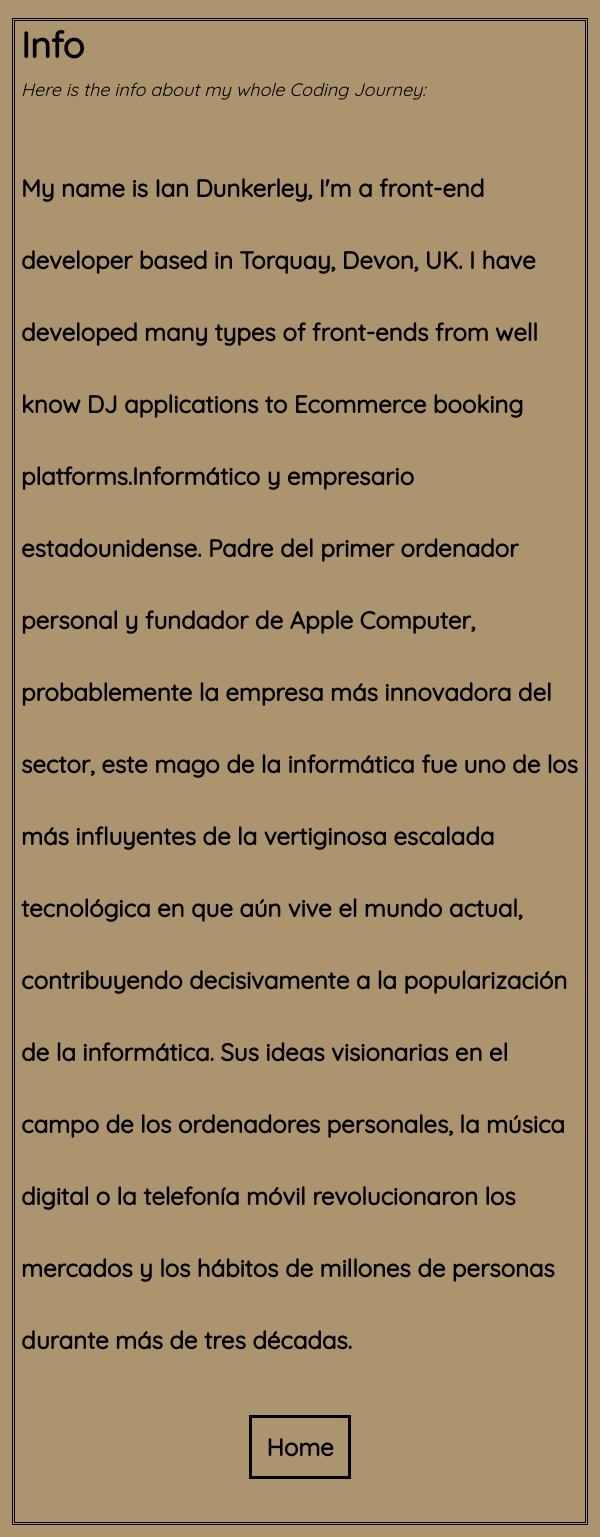
Repository: rickypcyt/ricky-react-portfolio
Page: /Info
These files come from the project's save history. The page is drawn as it stood at one moment and after a run of saves; the edit follows.
The browser window is 600 px wide. The pictures show the whole page.
The project was rebuilt for these pictures with package versions that can differ from the ones it lists, and the page was loaded fresh each time. Also part of the build but not shown: src/Content.js, src/pages/Projects.js, src/pages/Contact.js, src/pages/WebMural.js, src/pages/NotesJS.js.

Above is the page before, as saved 2022-09-12 15:18:20.

### src/index.js
import React from "react";
import ReactDOM from "react-dom/client";
import "./index.css";
import App from "./App";
import reportWebVitals from "./reportWebVitals";
import { BrowserRouter, Routes, Route, Switch } from "react-router-dom";

const root = ReactDOM.createRoot(document.getElementById("root"));
root.render(
  <React.StrictMode>
    <BrowserRouter>
      <App />
    </BrowserRouter>
  </React.StrictMode>
);

// If you want to start measuring performance in your app, pass a function
// to log results (for example: reportWebVitals(console.log))
// or send to an analytics endpoint. Learn more: https://bit.ly/CRA-vitals
reportWebVitals();

### src/index.css
@import url("https://fonts.googleapis.com/css2?family=Quicksand");

input[type="file"] {
  display: none;
}
.container {
  top: 0%;
  left: 0%;
}
::marker {
  display: none;
}
.image-container {
  width: 100%;
  margin: auto;
  display: flex;
  flex-direction: row;
  justify-content: space-evenly;
  gap: 15px;
  padding: 10px;
}
body {
  line-height: 1;
  font-family: "Quicksand";
  font-size: large;
  margin: 2%;
  padding: 1%;
  border-style: double;
  margin-top: 3%;
  background: #ac946e;
}
ol {
  list-style: none;
  display: flex;
  padding: 0;
  justify-content: space-around;
  align-items: flex-start;
  display: flex;
  flex-wrap: wrap;
  align-content: center;
}
.content {
  position: absolute;
  right: calc(var(--pad) * 2);
  bottom: calc(var(--pad) * 2);
  white-space: nowrap;
}
.parrafo {
  line-height: 1.5;
  text-align: end;
  font-size: larger;
}
.parrafo span {
  display: block;
}
.titulo {
  margin: 0;
}
.oli {
  font-weight: bold;
  border-style: solid;
  font-size: x-large;
  padding: 1ch;
}
.descripcion {
  font-weight: lighter;
  font-style: oblique;
}
.oli:hover {
  color: black;
  border-style: dotted;
}
.page {
  padding-top: 2%;
  padding-bottom: 3%;
}
.pageContact {
  padding-top: 8%;
  padding-bottom: 9%;
}
.cabeceranavi {
  padding-bottom: 1%;
}
p {
  font-weight: bold;
}
a {
  color: black;
  text-decoration: none;
  padding: 0ch;
}
span {
  font-size: larger;
}
li {
  width: 7%;
  height: 10%;
}
ul {
  list-style-type: none;
  margin: 0%;
  display: flex;
  align-items: center;
  flex-direction: row;
  padding-top: 5%;
  padding-bottom: 5%;
  padding-left: 0%;
  justify-content: space-around;
}
.imagenes {
  display: block;
  height: auto;
  width: auto;
  padding-top: 5%;
  padding-bottom: 5%;
}

.imagenesproyect {
  position: relative;
}
.fixer {
  display: flex;
  flex-direction: row;
  justify-content: space-evenly;
  padding-bottom: 3%;
}
.overlay {
  position: absolute;
  top: 0.83cm;

  background: rgb(0, 0, 0);
  background: rgb(2, 0.3, 0.9, 0.6); /* Black see-through */
  color: #f1f1f1;
  width: 100%;
  transition: 0.5s ease;
  color: white;
  text-align: center;
  font-size: 20px;
  padding-top: 20px;
  padding-bottom: 20px;
  opacity: 0;
}
.imagenesproyect:hover .overlay {
  opacity: 1;
}
.overlay2 {
  position: absolute;
  bottom: 8%;
  background: rgb(0, 0, 0);
  background: rgba(40, 40, 40, 0.6); /* Black see-through */
  color: #f1f1f1;
  width: 100%;
  transition: 0.5s ease;
  color: white;
  text-align: center;
  font-size: 20px;
  padding-top: 20px;
  padding-bottom: 20px;
  opacity: 0;
}
.imagenesproyect:hover .overlay2 {
  opacity: 1;
}

.homeinfo {
  font-size: x-large;
  line-height: 300%;
}

@media screen and (max-width: 1340px) {
  .fixer {
    flex-direction: column;
    justify-content: center;
  }
  .imagenes {
    height: auto;
    width: 100%;
  }
  ol {
  }
}

.image-container {
  width: auto;
  margin: auto;
  /* display: flex; */
  flex-wrap: wrap;
  gap: 15px;
  padding: 10px;
}

.image-container img {
  max-width: 100%;
  max-height: 225px;
}

.container .image-container .image {
  border: 4px solid black;
  overflow: hidden;
  /* cursor: pointer; */
}

.container .image-container .image img {
  height: 100%;
  width: 100%;
}
@media (max-width: 700px) {
  .image-container img {
    max-height: -10px;
  }
  .cabeceranavi{
    padding-bottom: 7%;
  }
  .homeinfo {
  font-size: x-large;
  line-height: 300%;
}
}

.image:hover {
  transform: scale(1.15); /* (150% zoom - Note: if the zoom is too large, it will go outside of the viewport) */
}

### src/App.js
import Content from "./Content";
import Info from "./pages/Info";
import Projects from "./pages/Projects";
import Contact from "./pages/Contact";
import WebMural from "./pages/WebMural";
import NotesJS from "./pages/NotesJS";
import { Route, Routes, Switch } from "react-router-dom";

function App() {
  return (
    <>
      <Routes>
        <Route path="/" element={<Content />}/>
        <Route path="/Projects" element={<Projects />} />
        <Route path="/Info" element={<Info />} />
        <Route path="/Contact" element={<Contact />} />
        <Route path="/WebMural" element={<WebMural />} />
        <Route path="/NotesJS" element={<NotesJS />} />
      </Routes>
    </>
  );
}
export default App;

### src/pages/Info.js
import { Link, useMatch, useResolvedPath } from "react-router-dom";
export default function Info() {
  return (
    <main>
      <div id="Page">
        <div className="cabecera">
          <h1 className="titulo">Info </h1>
          <p className="descripcion">
            Here is the info about my whole Coding Journey:
          </p>
        </div>
        <div className="separador">
          <section className="page" style={{ display: "block", opacity: 1 }}>
            <div className="homeinfo">
              <p>
                My name is Ian Dunkerley, I'm a front-end developer based in
                Torquay, Devon, UK. I have developed many types of front-ends
                from well know DJ applications to Ecommerce booking
                platforms.Informático y empresario estadounidense. Padre del
                primer ordenador personal y fundador de Apple Computer,
                probablemente la empresa más innovadora del sector, este mago de
                la informática fue uno de los más influyentes de la vertiginosa
                escalada tecnológica en que aún vive el mundo actual,
                contribuyendo decisivamente a la popularización de la
                informática. Sus ideas visionarias en el campo de los
                ordenadores personales, la música digital o la telefonía móvil
                revolucionaron los mercados y los hábitos de millones de
                personas durante más de tres décadas.
              </p>
            </div>
          </section>
          <nav className="cabeceranavi">
            <ol>
              <div>
                <CustomLink to="/" className="oli">
                  Home
                </CustomLink>
              </div>
            </ol>
          </nav>
        </div>
      </div>
    </main>
  );
}

function CustomLink({ to, children, ...props }) {
  const resolvedPath = useResolvedPath(to);
  const isActive = useMatch({ path: resolvedPath.pathname, end: true });
  return (
    <li className={isActive ? "active" : ""}>
      <Link to={to} {...props}>
        {children}
      </Link>
    </li>
  );
}

Loaded but not shown: public/index.html (common file); src/reportWebVitals.js (common file)

After the next 3 saves:
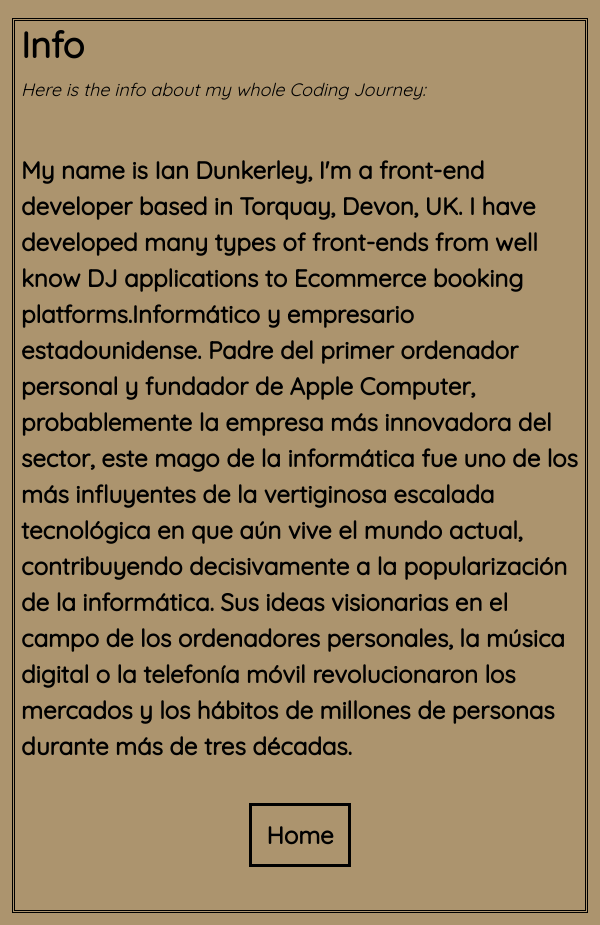
The 3 saves are shown as one change because they came seconds apart.
The last was saved 8 s later.
--- a/src/index.css
+++ b/src/index.css
@@ -213,7 +213,7 @@ ul {
   }
   .homeinfo {
   font-size: x-large;
-  line-height: 300%;
+  line-height: 150%;
 }
 }
 
